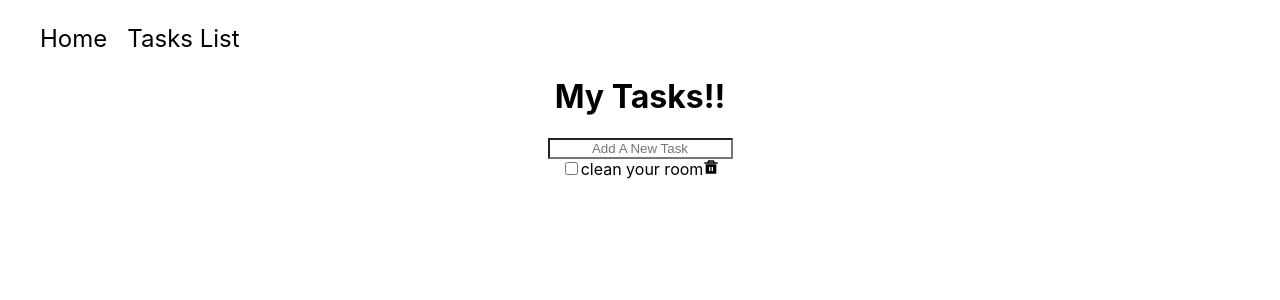
Repository: runner855/abstract_todolist
Page: /
The author's editor kept a copy of each file at every save. The page is drawn from the files as they stood at one save, then again after the next save.
The browser window is 1280 px wide. The pictures show the whole page.
The project was rebuilt for these pictures with package versions that can differ from the ones it lists, and the page was loaded fresh each time.

Above is the page before, as saved 2022-11-09 12:12:33.

After the next save:
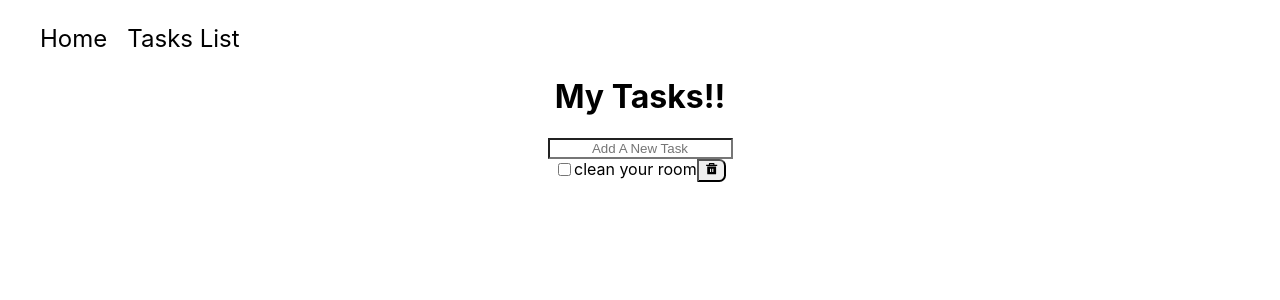
Saved 34 s later.
--- a/src/App.tsx
+++ b/src/App.tsx
@@ -54,7 +54,9 @@ export const App = () => {
                 />
                 {item.task}
 
-                <RiDeleteBin5Fill onClick={() => console.log("delete")} />
+                <button>
+                  <RiDeleteBin5Fill onClick={() => console.log("delete")} />
+                </button>
               </div>
             );
           })}
